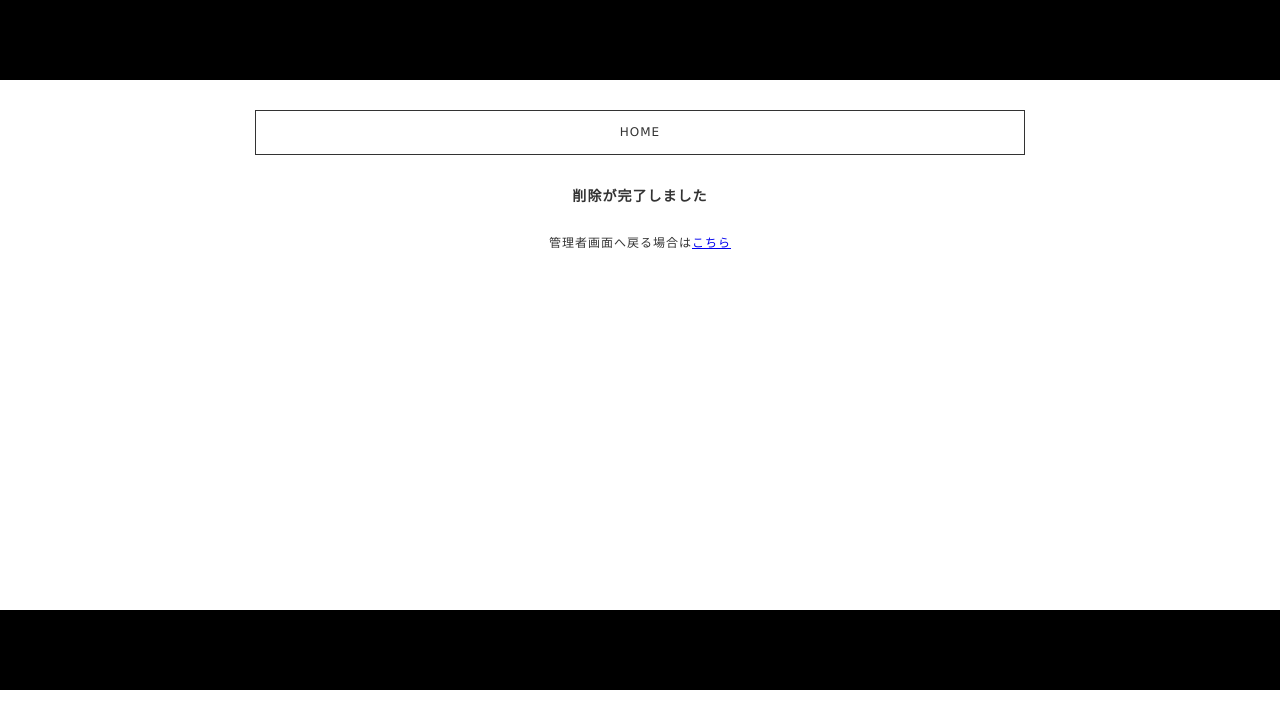
Repository: kf3225/backup
Page: http://localhost/ecsite/deleteComplete.jsp
An editor plug-in stored every save of this project. The page is shown before and after the next save, followed by the edit.
The browser window is 1280 px wide. The pictures show the whole page.
The page is served by Tomcat 9.

Above is the page before, as saved 2018-01-30 07:16:31.

After the next save:
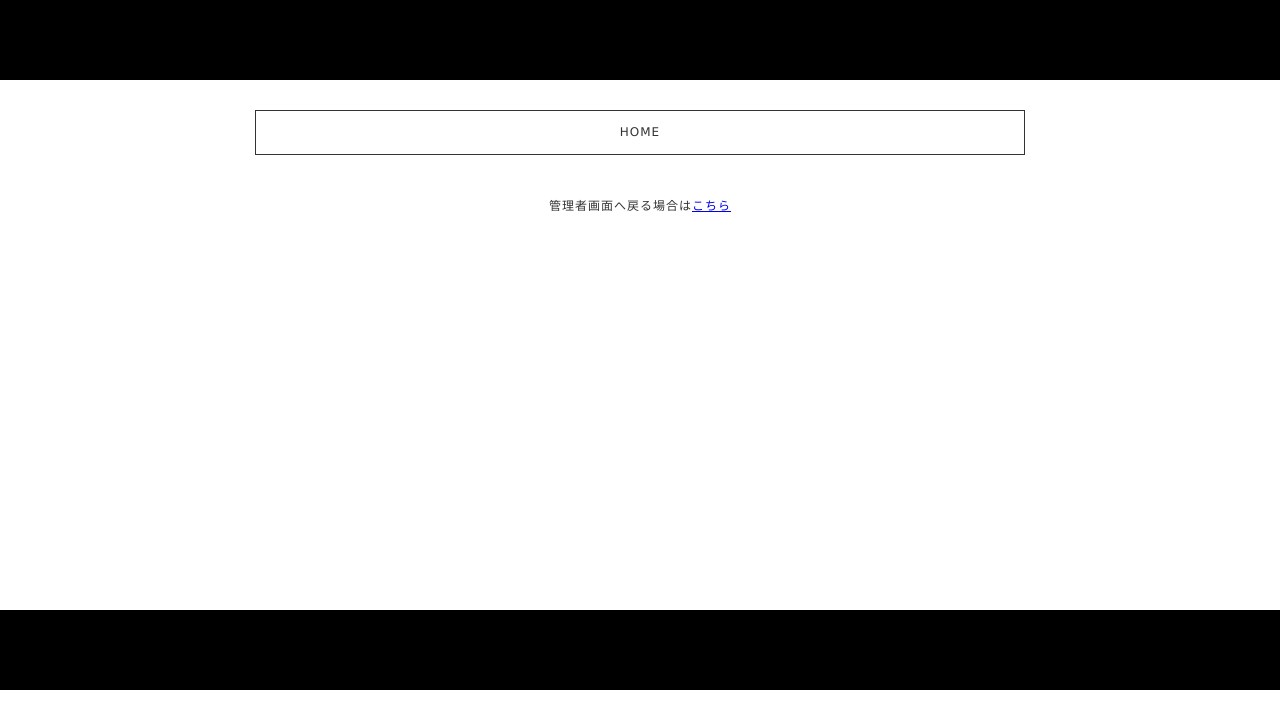
Saved 3 min 22 s later.
--- a/ecsite/WebContent/deleteComplete.jsp
+++ b/ecsite/WebContent/deleteComplete.jsp
@@ -73,7 +73,7 @@
 
 	<div id="main">
 		<div id="top"><p>HOME</p></div>
-		<div><h3>削除が完了しました</h3></div>
+		<div><h3><s:property value="message" /></h3></div>
 		<div id="text-center">
 				<p>管理者画面へ戻る場合は<a href='<s:url action="GoAdminAction"/>'>こちら</a></p>
 		</div>
